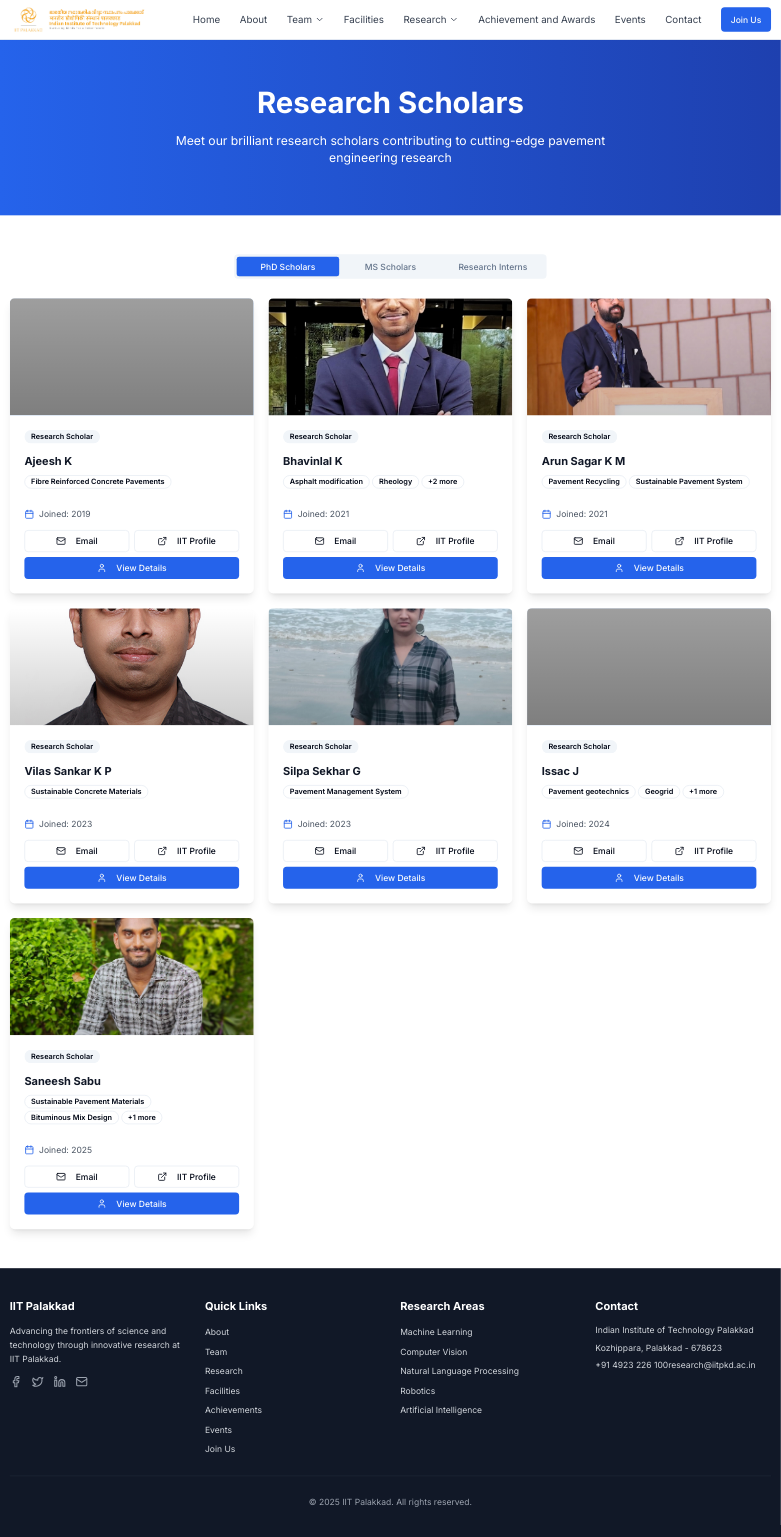
Repository: Gopikrish-30/ARISE
Page: /team/scholars
The author's editor kept a copy of each file at every save. The page is drawn from the files as they stood at one save, then again after a run of saves.
The browser window is 1280 px wide. The pictures show the whole page, at 61% of full size.
Pictures or frames that could not be fetched are drawn as grey boxes. The project was rebuilt for these pictures with package versions that can differ from the ones it lists, and the page was loaded fresh each time. The framework's server and built-in components were replaced by stand-ins that run in the browser. Also part of the build but not shown: next.config.mjs, components/ui/dialog.tsx.

Above is the page before, as saved 2025-06-29 14:59:13.

### app/layout.tsx
import type React from "react"
import type { Metadata } from "next"
import { Inter } from "next/font/google"
import "./globals.css"
import { Navbar } from "@/components/navbar"
import { Footer } from "@/components/footer"

const inter = Inter({ subsets: ["latin"] })

export const metadata: Metadata = {
  title: "IIT Palakkad - Department Showcase",
  description: "Advancing the frontiers of science and technology through innovative research at IIT Palakkad",
}

export default function RootLayout({
  children,
}: {
  children: React.ReactNode
}) {
  return (
    <html lang="en">
      <body className={inter.className}>
        <Navbar />
        <main className="min-h-screen">{children}</main>
        <Footer />
      </body>
    </html>
  )
}

### app/team/scholars/page.tsx
import { ResearchScholarsGrid } from "@/components/research-scholars-grid"

export default function ScholarsPage() {
  return (
    <div className="bg-white min-h-screen">
      {/* Hero Section */}
      <section className="bg-gradient-to-r from-blue-600 to-blue-800 text-white py-20">
        <div className="container mx-auto px-4 text-center">
          <h1 className="text-4xl md:text-5xl font-bold mb-6">Research Scholars</h1>
          <p className="text-xl max-w-3xl mx-auto">
            Meet our brilliant research scholars contributing to cutting-edge pavement engineering research
          </p>
        </div>
      </section>

      {/* Scholars Content */}
      <section className="py-16">
        <div className="container mx-auto px-4">
          <ResearchScholarsGrid />
        </div>
      </section>
    </div>
  )
}

### app/globals.css
@tailwind base;
@tailwind components;
@tailwind utilities;

@layer base {
  :root {
    --background: 0 0% 100%;
    --foreground: 222.2 84% 4.9%;
    --card: 0 0% 100%;
    --card-foreground: 222.2 84% 4.9%;
    --popover: 0 0% 100%;
    --popover-foreground: 222.2 84% 4.9%;
    --primary: 221.2 83.2% 53.3%;
    --primary-foreground: 210 40% 98%;
    --secondary: 210 40% 96%;
    --secondary-foreground: 222.2 84% 4.9%;
    --muted: 210 40% 96%;
    --muted-foreground: 215.4 16.3% 46.9%;
    --accent: 210 40% 96%;
    --accent-foreground: 222.2 84% 4.9%;
    --destructive: 0 84.2% 60.2%;
    --destructive-foreground: 210 40% 98%;
    --border: 214.3 31.8% 91.4%;
    --input: 214.3 31.8% 91.4%;
    --ring: 221.2 83.2% 53.3%;
    --radius: 0.5rem;
  }

  .dark {
    --background: 222.2 84% 4.9%;
    --foreground: 210 40% 98%;
    --card: 222.2 84% 4.9%;
    --card-foreground: 210 40% 98%;
    --popover: 222.2 84% 4.9%;
    --popover-foreground: 210 40% 98%;
    --primary: 217.2 91.2% 59.8%;
    --primary-foreground: 222.2 84% 4.9%;
    --secondary: 217.2 32.6% 17.5%;
    --secondary-foreground: 210 40% 98%;
    --muted: 217.2 32.6% 17.5%;
    --muted-foreground: 215 20.2% 65.1%;
    --accent: 217.2 32.6% 17.5%;
    --accent-foreground: 210 40% 98%;
    --destructive: 0 62.8% 30.6%;
    --destructive-foreground: 210 40% 98%;
    --border: 217.2 32.6% 17.5%;
    --input: 217.2 32.6% 17.5%;
    --ring: 224.3 76.3% 94.1%;
  }
}

@layer base {
  * {
    @apply border-border;
  }
  body {
    @apply bg-background text-foreground;
  }
}

@layer utilities {
  .line-clamp-3 {
    display: -webkit-box;
    -webkit-line-clamp: 3;
    -webkit-box-orient: vertical;
    overflow: hidden;
  }
}

### components/research-scholars-grid.tsx
"use client"

import { useState } from "react"
import { Tabs, TabsContent, TabsList, TabsTrigger } from "@/components/ui/tabs"
import { Card, CardContent } from "@/components/ui/card"
import { Badge } from "@/components/ui/badge"
import { Button } from "@/components/ui/button"
import { Dialog, DialogContent, DialogHeader, DialogTitle, DialogTrigger } from "@/components/ui/dialog"
import { Mail, Calendar, ExternalLink, Phone, MapPin, User } from 'lucide-react'

export function ResearchScholarsGrid() {
  const [selectedScholar, setSelectedScholar] = useState<any>(null)

  const phdScholars = [
    {
      name: "Ajeesh K",
      role: "Research Scholar",
      image: "/Profile Photos/Ajeesh K.jpg",
      interests: ["Fibre Reinforced Concrete Pavements"],
      joiningDate: "2019",
      expectedCompletion: "2024",
      bio: "",
      email: "101914001@smail.iitpkd.ac.in",
      iitProfile: "https://iitpkd.ac.in/people/101914001",
    },
    {
      name: "Bhavinlal K",
      role: "Research Scholar",
      image: "/Profile Photos/Bhavin.jpg",
      interests: ["Asphalt modification", "Rheology", "Tribology", "Life cycle assessment"],
      joiningDate: "2021",
      expectedCompletion: "",
      bio: "",
      email: "102104003@smail.iitpkd.ac.in",
      iitProfile: "",
    },
    {
      name: "Arun Sagar K M",
      role: "Research Scholar",
      image: "/Profile Photos/Arun_.jpg",
      interests: ["Pavement Recycling", "Sustainable Pavement System"],
      joiningDate: "2021",
      expectedCompletion: "",
      bio: "",
      email: "arunsagarkm@gmail.com",
      iitProfile: "",
    },
    {
      name: "Vilas Sankar K P",
      role: "Research Scholar",
      image: "/Profile Photos/vilas.jpg",
      interests: ["Sustainable Concrete Materials"],
      joiningDate: "2023",
      expectedCompletion: "",
      bio: "",
      email: "162314002@smail.iitpkd.ac.in",
      iitProfile: "",
    },
    {
      name: "Silpa Sekhar G",
      role: "Research Scholar",
      image: "/Profile Photos/Silpa.jpg",
      interests: ["Pavement Management System"],
      joiningDate: "2023",
      expectedCompletion: "",
      bio: "",
      email: "102314011@smail.iitpkd.ac.in",
      iitProfile: "",
    },
    {
      name: "Issac J",
      role: "Research Scholar",
      image: "/placeholder.svg?height=300&width=300&text=Issac+J",
      interests: ["Pavement geotechnics", "Geogrid", "Soil stabilization"],
      joiningDate: "2024",
      expectedCompletion: "",
      bio: "",
      email: "102404007@smail.iitpkd.ac.in",
      iitProfile: "",
    },
    {
      name: "Saneesh Sabu",
      role: "Research Scholar",
      image: "/Profile Photos/Saneesh.jpeg",
      interests: ["Sustainable Pavement Materials", "Bituminous Mix Design", "Performance Characterization"],
      joiningDate: "2025",
      expectedCompletion: "",
      bio: "",
      email: "102504010@smail.iitpkd.ac.in",
      iitProfile: "",
    },
  ]

  const msScholars = [
    {
      name: "Sudeshna Purkayastha",
      role: "MS Scholar",
      image: "/placeholder.svg?height=300&width=300&text=Sudeshna+Purkayastha",
      interests: ["Pavement subgrade stabilization"],
      joiningDate: "2022",
      expectedCompletion: "2025",
      bio: "",
      email: "purkayasthasudeshna265@gmail.com",
      iitProfile: "https://iitpkd.ac.in/people/102203002",
    },
    {
      name: "Anandlal M",
      role: "MS Scholar",
      image: "/placeholder.svg?height=300&width=300&text=Anandlal+M",
      interests: ["Carbonated RAC in pavement construction"],
      joiningDate: "2022",
      expectedCompletion: "",
      bio: "",
      email: "anandlal@iitpkd.ac.in",
      iitProfile: "https://iitpkd.ac.in/people/102203001",
    },
  ]

  const interns: any[] = []

  const handleEmailClick = (email: string, name: string) => {
    window.location.href = `mailto:${email}?subject=Research Collaboration Inquiry&body=Dear ${name},%0D%0A%0D%0AI am writing to inquire about your research work...`
  }

  const handleProfileClick = (profileUrl: string) => {
    window.open(profileUrl, "_blank")
  }

  const ScholarCard = ({ scholar, showCompletion = true }: { scholar: any; showCompletion?: boolean }) => (
    <Card className="group overflow-hidden hover:shadow-xl transition-all duration-300 transform hover:-translate-y-1 border-0 shadow-lg">
      {/* Image Section */}
      <div className="h-48 bg-gradient-to-br from-blue-100 to-blue-200 relative overflow-hidden">
        <img
          src={scholar.image || "/placeholder.svg?height=300&width=300&text=Scholar"}
          alt={scholar.name}
          className="w-full h-full object-cover group-hover:scale-110 transition-transform duration-300"
        />
        <div className="absolute inset-0 bg-gradient-to-t from-black/20 to-transparent"></div>
        <div className="absolute top-4 right-4 opacity-0 group-hover:opacity-100 transition-opacity duration-300">
          <Badge className="bg-white/90 text-blue-600">{scholar.role}</Badge>
        </div>
      </div>

      <CardContent className="p-6">
        <div className="flex items-start justify-between mb-4">
          <Badge variant="secondary" className="group-hover:bg-blue-100 transition-colors">
            {scholar.role}
          </Badge>
        </div>

        <h3 className="text-lg font-bold text-gray-900 mb-2 group-hover:text-blue-600 transition-colors">
          {scholar.name}
        </h3>

        <div className="flex flex-wrap gap-1 mb-4">
          {scholar.interests.slice(0, 2).map((interest: string, idx: number) => (
            <Badge key={idx} variant="outline" className="text-xs hover:bg-blue-50 transition-colors">
              {interest}
            </Badge>
          ))}
          {scholar.interests.length > 2 && (
            <Badge variant="outline" className="text-xs hover:bg-blue-50 transition-colors">
              +{scholar.interests.length - 2} more
            </Badge>
          )}
        </div>

        <p className="text-gray-600 text-sm mb-4 leading-relaxed line-clamp-3">{scholar.bio}</p>

        <div className="space-y-2 mb-4 text-sm text-gray-600">
          <div className="flex items-center">
            <Calendar className="w-4 h-4 mr-2 text-blue-600" />
            <span>Joined: {scholar.joiningDate}</span>
          </div>

          {scholar.duration && (
            <div className="flex items-center">
              <Calendar className="w-4 h-4 mr-2 text-blue-600" />
              <span>Duration: {scholar.duration}</span>
            </div>
          )}
        </div>

        <div className="flex flex-col gap-2">
          <div className="flex gap-2">
            <Button
              variant="outline"
              size="sm"
              className="flex-1 hover:bg-blue-50 hover:border-blue-300 transition-all duration-200"
              onClick={() => handleEmailClick(scholar.email, scholar.name)}
            >
              <Mail className="w-4 h-4 mr-2" />
              Email
            </Button>
            <Button
              variant="outline"
              size="sm"
              className="flex-1 hover:bg-green-50 hover:border-green-300 transition-all duration-200"
              onClick={() => handleProfileClick(scholar.iitProfile)}
            >
              <ExternalLink className="w-4 h-4 mr-2" />
              IIT Profile
            </Button>
          </div>
          <Dialog>
            <DialogTrigger asChild>
              <Button
                size="sm"
                className="w-full bg-blue-600 hover:bg-blue-700 transform hover:scale-105 transition-all duration-200"
                onClick={() => setSelectedScholar(scholar)}
              >
                <User className="w-4 h-4 mr-2" />
                View Details
              </Button>
            </DialogTrigger>
          </Dialog>
        </div>
      </CardContent>
    </Card>
  )

  return (
    <>
      <Tabs defaultValue="phd" className="w-full">
        <TabsList className="grid w-full grid-cols-3 max-w-lg mx-auto mb-8">
          <TabsTrigger value="phd" className="data-[state=active]:bg-blue-600 data-[state=active]:text-white">
            PhD Scholars
          </TabsTrigger>
          <TabsTrigger value="ms" className="data-[state=active]:bg-blue-600 data-[state=active]:text-white">
            MS Scholars
          </TabsTrigger>
          <TabsTrigger value="interns" className="data-[state=active]:bg-blue-600 data-[state=active]:text-white">
            Research Interns
          </TabsTrigger>
        </TabsList>

        <TabsContent value="phd">
          <div className="grid md:grid-cols-2 lg:grid-cols-3 gap-6">
            {phdScholars.map((scholar, index) => (
              <ScholarCard key={index} scholar={scholar} />
            ))}
          </div>
        </TabsContent>

        <TabsContent value="ms">
          <div className="grid md:grid-cols-2 lg:grid-cols-3 gap-6">
            {msScholars.map((scholar, index) => (
              <ScholarCard key={index} scholar={scholar} />
            ))}
          </div>
        </TabsContent>

        <TabsContent value="interns">
          <div className="grid md:grid-cols-2 lg:grid-cols-3 gap-6">
            {interns.map((scholar, index) => (
              <ScholarCard key={index} scholar={scholar} showCompletion={false} />
            ))}
          </div>
        </TabsContent>
      </Tabs>

      {/* Scholar Details Modal */}
      {selectedScholar && (
        <Dialog open={!!selectedScholar} onOpenChange={() => setSelectedScholar(null)}>
          <DialogContent className="max-w-3xl max-h-[90vh] overflow-y-auto">
            <DialogHeader>
              <DialogTitle className="text-2xl font-bold text-blue-600">{selectedScholar.name}</DialogTitle>
            </DialogHeader>

            <div className="grid md:grid-cols-3 gap-6">
              <div className="md:col-span-1">
                {/* Updated Modal Image */}
                <div className="bg-gradient-to-br from-blue-100 to-blue-200 rounded-lg h-48 overflow-hidden mb-4">
                  <img
                    src={selectedScholar.image || "/placeholder.svg?height=300&width=300&text=Scholar"}
                    alt={selectedScholar.name}
                    className="w-full h-full object-cover"
                  />
                </div>

                <div className="space-y-2">
                  <Button
                    className="w-full bg-blue-600 hover:bg-blue-700"
                    onClick={() => handleProfileClick(selectedScholar.iitProfile)}
                  >
                    <ExternalLink className="w-4 h-4 mr-2" />
                    IIT Profile
                  </Button>
                  <Button
                    variant="outline"
                    className="w-full"
                    onClick={() => handleEmailClick(selectedScholar.email, selectedScholar.name)}
                  >
                    <Mail className="w-4 h-4 mr-2" />
                    Send Email
                  </Button>
                </div>
              </div>

              <div className="md:col-span-2">
                <Badge className="mb-4 bg-blue-100 text-blue-800">{selectedScholar.role}</Badge>

                <div className="space-y-4">
                  <div>
                    <h4 className="font-semibold text-gray-900 mb-2">Research Interests</h4>
                    <div className="flex flex-wrap gap-2">
                      {selectedScholar.interests.map((interest: string, idx: number) => (
                        <Badge key={idx} variant="outline" className="hover:bg-blue-50">
                          {interest}
                        </Badge>
                      ))}
                    </div>
                  </div>

                  <div>
                    <h4 className="font-semibold text-gray-900 mb-2">About</h4>
                    <p className="text-gray-600 leading-relaxed">{selectedScholar.bio}</p>
                  </div>

                  {selectedScholar.publications && (
                    <div className="grid grid-cols-2 gap-4 p-4 bg-gray-50 rounded-lg">
                      <div className="text-center">
                        <div className="text-2xl font-bold text-blue-600">{selectedScholar.publications}</div>
                        <div className="text-sm text-gray-600">Publications</div>
                      </div>
                      <div className="text-center">
                        <div className="text-2xl font-bold text-blue-600">{selectedScholar.conferences}</div>
                        <div className="text-sm text-gray-600">Conferences</div>
                      </div>
                    </div>
                  )}

                  <div className="grid md:grid-cols-2 gap-4 pt-4 border-t">
                    <div className="space-y-2">
                      <div className="flex items-center text-gray-600">
                        <Mail className="w-4 h-4 mr-2" />
                        <span className="text-sm">{selectedScholar.email}</span>
                      </div>
                      {selectedScholar.phone && (
                        <div className="flex items-center text-gray-600">
                          <Phone className="w-4 h-4 mr-2" />
                          <span className="text-sm">{selectedScholar.phone}</span>
                        </div>
                      )}
                    </div>
                    <div className="space-y-2">
                      {selectedScholar.office && (
                        <div className="flex items-center text-gray-600">
                          <MapPin className="w-4 h-4 mr-2" />
                          <span className="text-sm">{selectedScholar.office}</span>
                        </div>
                      )}
                      {selectedScholar.supervisor && (
                        <div className="flex items-center text-gray-600">
                          <User className="w-4 h-4 mr-2" />
                          <span className="text-sm">Supervisor: {selectedScholar.supervisor}</span>
                        </div>
                      )}
                    </div>
                  </div>
                </div>
              </div>
            </div>
          </DialogContent>
        </Dialog>
      )}
    </>
  )
}

### components/ui/card.tsx
import * as React from "react"

import { cn } from "@/lib/utils"

const Card = React.forwardRef<
  HTMLDivElement,
  React.HTMLAttributes<HTMLDivElement>
>(({ className, ...props }, ref) => (
  <div
    ref={ref}
    className={cn(
      "rounded-lg border bg-card text-card-foreground shadow-sm",
      className
    )}
    {...props}
  />
))
Card.displayName = "Card"

const CardHeader = React.forwardRef<
  HTMLDivElement,
  React.HTMLAttributes<HTMLDivElement>
>(({ className, ...props }, ref) => (
  <div
    ref={ref}
    className={cn("flex flex-col space-y-1.5 p-6", className)}
    {...props}
  />
))
CardHeader.displayName = "CardHeader"

const CardTitle = React.forwardRef<
  HTMLDivElement,
  React.HTMLAttributes<HTMLDivElement>
>(({ className, ...props }, ref) => (
  <div
    ref={ref}
    className={cn(
      "text-2xl font-semibold leading-none tracking-tight",
      className
    )}
    {...props}
  />
))
CardTitle.displayName = "CardTitle"

const CardDescription = React.forwardRef<
  HTMLDivElement,
  React.HTMLAttributes<HTMLDivElement>
>(({ className, ...props }, ref) => (
  <div
    ref={ref}
    className={cn("text-sm text-muted-foreground", className)}
    {...props}
  />
))
CardDescription.displayName = "CardDescription"

const CardContent = React.forwardRef<
  HTMLDivElement,
  React.HTMLAttributes<HTMLDivElement>
>(({ className, ...props }, ref) => (
  <div ref={ref} className={cn("p-6 pt-0", className)} {...props} />
))
CardContent.displayName = "CardContent"

const CardFooter = React.forwardRef<
  HTMLDivElement,
  React.HTMLAttributes<HTMLDivElement>
>(({ className, ...props }, ref) => (
  <div
    ref={ref}
    className={cn("flex items-center p-6 pt-0", className)}
    {...props}
  />
))
CardFooter.displayName = "CardFooter"

export { Card, CardHeader, CardFooter, CardTitle, CardDescription, CardContent }

### components/ui/badge.tsx
import * as React from "react"
import { cva, type VariantProps } from "class-variance-authority"

import { cn } from "@/lib/utils"

const badgeVariants = cva(
  "inline-flex items-center rounded-full border px-2.5 py-0.5 text-xs font-semibold transition-colors focus:outline-none focus:ring-2 focus:ring-ring focus:ring-offset-2",
  {
    variants: {
      variant: {
        default:
          "border-transparent bg-primary text-primary-foreground hover:bg-primary/80",
        secondary:
          "border-transparent bg-secondary text-secondary-foreground hover:bg-secondary/80",
        destructive:
          "border-transparent bg-destructive text-destructive-foreground hover:bg-destructive/80",
        outline: "text-foreground",
      },
    },
    defaultVariants: {
      variant: "default",
    },
  }
)

export interface BadgeProps
  extends React.HTMLAttributes<HTMLDivElement>,
    VariantProps<typeof badgeVariants> {}

function Badge({ className, variant, ...props }: BadgeProps) {
  return (
    <div className={cn(badgeVariants({ variant }), className)} {...props} />
  )
}

export { Badge, badgeVariants }

Loaded but not shown: lib/utils.ts (common file); tailwind.config.ts (common file); components/ui/dropdown-menu.tsx (200 lines, source omitted); components/navbar.tsx (125 lines, source omitted); components/footer.tsx (144 lines, source omitted); components/ui/button.tsx (56 lines, source omitted); components/ui/tabs.tsx (55 lines, source omitted)

After the next 3 saves:
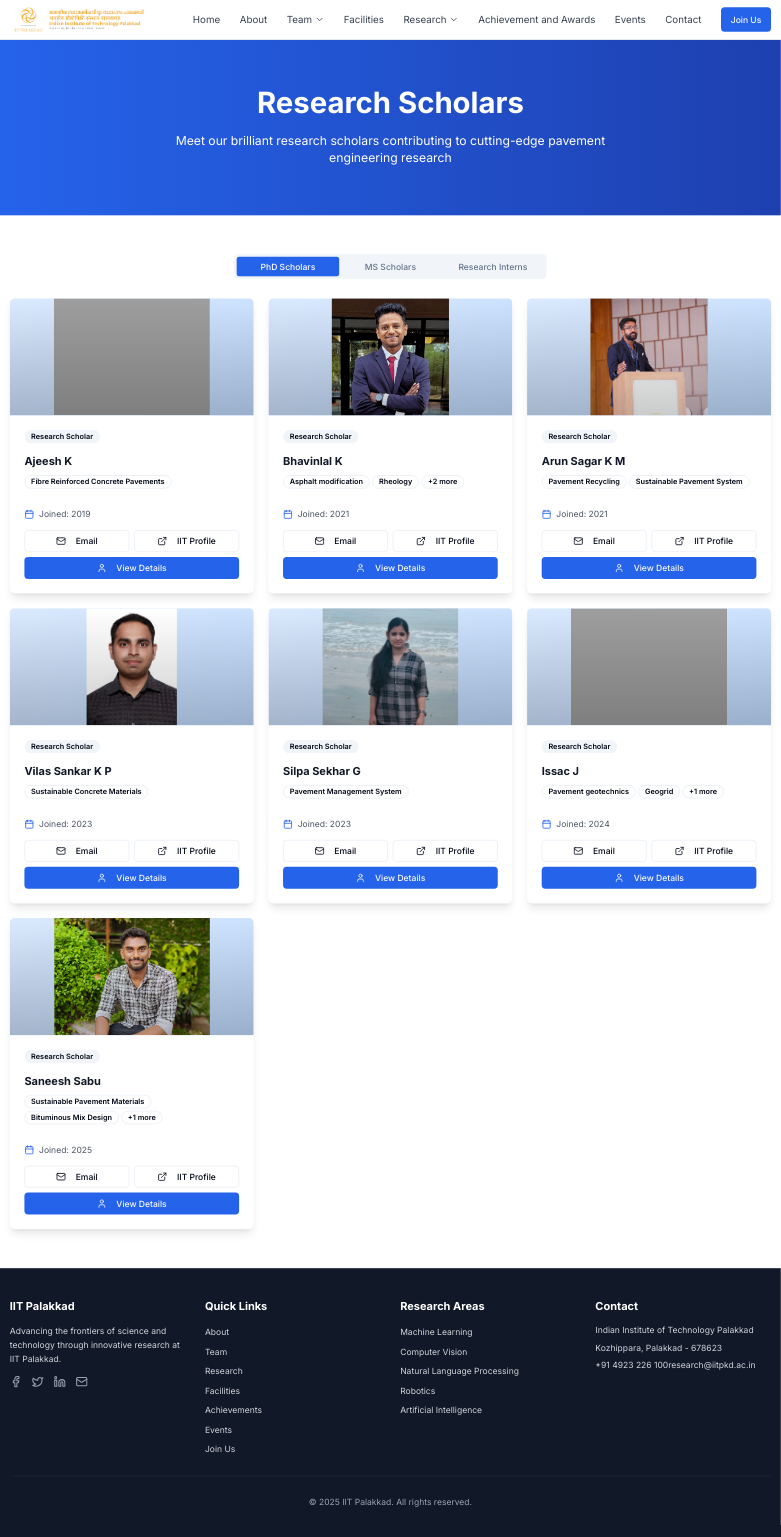
The 3 saves are shown as one change because they came seconds apart.
The last was saved 2 min 43 s later.
--- a/components/research-scholars-grid.tsx
+++ b/components/research-scholars-grid.tsx
@@ -133,7 +133,7 @@
         <img
           src={scholar.image || "/placeholder.svg?height=300&width=300&text=Scholar"}
           alt={scholar.name}
-          className="w-full h-full object-cover group-hover:scale-110 transition-transform duration-300"
+          className="w-full h-full object-contain group-hover:scale-110 transition-transform duration-300"
         />
         <div className="absolute inset-0 bg-gradient-to-t from-black/20 to-transparent"></div>
         <div className="absolute top-4 right-4 opacity-0 group-hover:opacity-100 transition-opacity duration-300">
